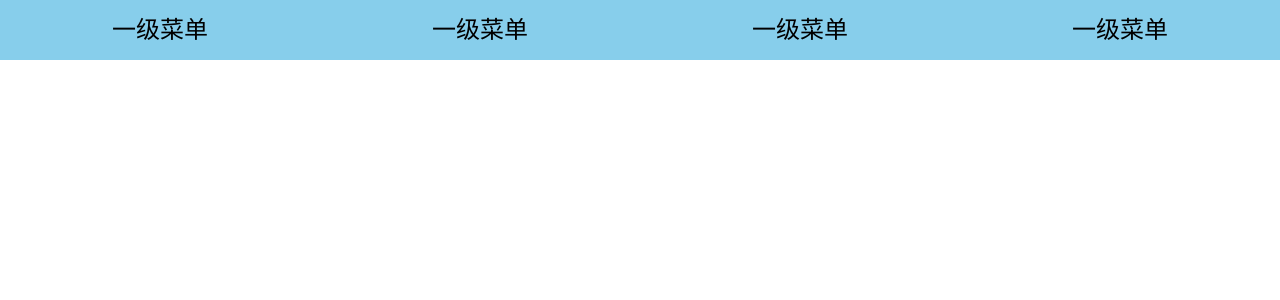
Repository: JJianZ/miao
Page: css-menu.html
The author's editor kept a copy of each file at every save. The page is drawn from the files as they stood at one save, then again after the next save.
The browser window is 1280 px wide. The pictures show the whole page.

Above is the page before, as saved 2021-11-22 21:10:44.

### css-menu.html
<!DOCTYPE html>
<html lang="en">
<head>
  <meta charset="UTF-8">
  <meta http-equiv="X-UA-Compatible" content="IE=edge">
  <meta name="viewport" content="width=device-width, initial-scale=1.0">
  <title>Document</title>
  <style>
    * {
      margin: 0;
      padding: 0;
      width: 100%;
      box-sizing: border-box;
    }
    a {
      text-decoration: none;
    }
    nav {
      width: 100%;
      height: 60px;
      line-height: 60px;
      font-size: 1.5em;
      display: flex;
      text-align: justify;
      background-color: skyblue;
    }
    ul {
      position: relative;
      width: 200px;
      list-style: none;
      overflow: hidden;
      margin: 0 auto;
      text-align: center;
    }
    ul:hover {
      overflow: visible;
    }
    ul span:hover {
      color: lawngreen;
    }
    ul li {
      font-size: 16px;
      color: white;
      background-color: rgba(0,0,0,0.7);
    }
    ul li a {
      color: yellow;
      display: block;
    }
    ul li a:hover {
      color: green;
    }
  </style>
</head>
<body>
  <nav>
    <ul><span>一级菜单</span>
      <li><a href="#">二级菜单</a></li>
      <li><a href="#">二级菜单</a></li>
      <li><a href="#">二级菜单</a></li>
      <li><a href="#">二级菜单</a></li>
    </ul>
    <ul><span>一级菜单</span>
      <li><a href="#">二级菜单</a></li>
      <li><a href="#">二级菜单</a></li>
      <li><a href="#">二级菜单</a></li>
      <li><a href="#">二级菜单</a></li>
    </ul>
    <ul><span>一级菜单</span>
      <li><a href="#">二级菜单</a></li>
      <li><a href="#">二级菜单</a></li>
      <li><a href="#">二级菜单</a></li>
      <li><a href="#">二级菜单</a></li>
    </ul>
    <ul><span>一级菜单</span>
      <li><a href="#">二级菜单</a></li>
      <li><a href="#">二级菜单</a></li>
      <li><a href="#">二级菜单</a></li>
      <li><a href="#">二级菜单</a></li>
    </ul>
  </nav>
</body>
</html>

After the next save:
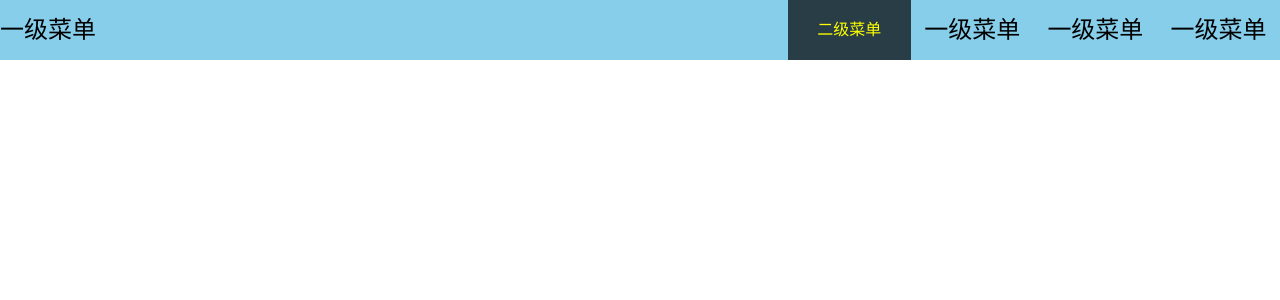
Saved 57 min 18 s later.
--- a/css-menu.html
+++ b/css-menu.html
@@ -54,7 +54,8 @@
 </head>
 <body>
   <nav>
-    <ul><span>一级菜单</span>
+    <span>一级菜单</span>
+    <ul>
       <li><a href="#">二级菜单</a></li>
       <li><a href="#">二级菜单</a></li>
       <li><a href="#">二级菜单</a></li>
